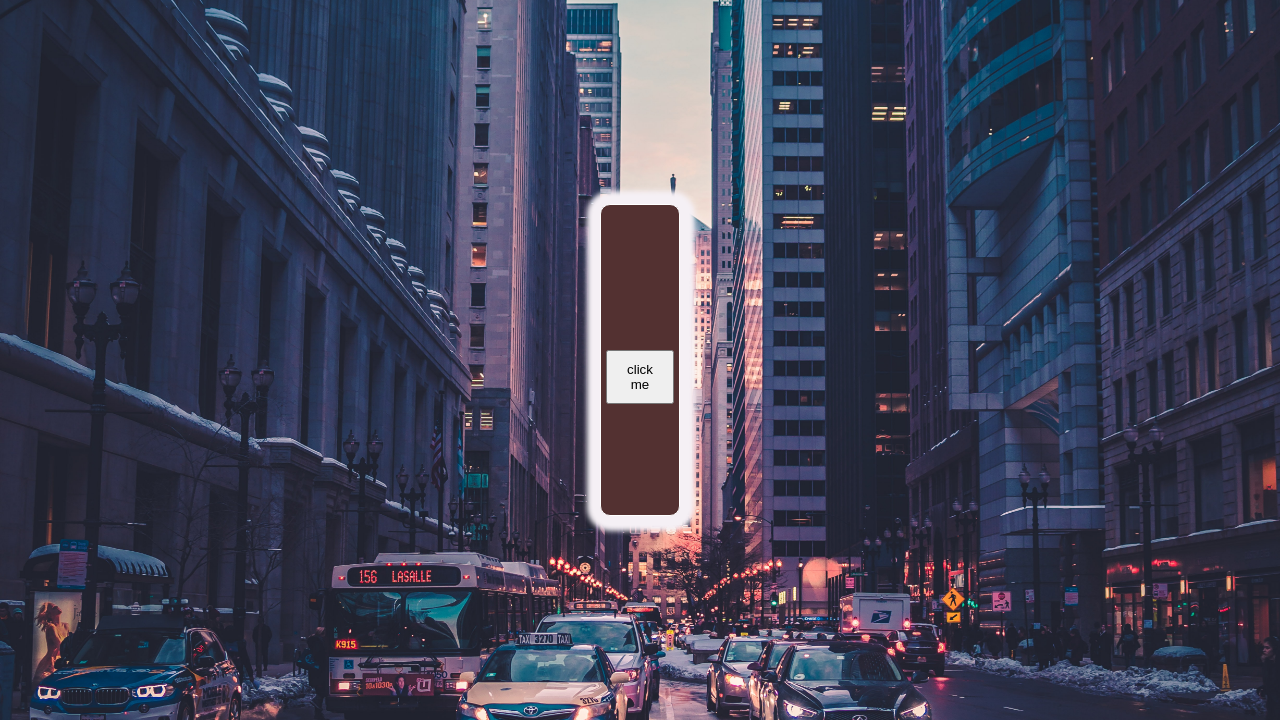
Repository: lamilekan263/random_advice
Page: /
These files come from the project's save history. The page is drawn as it stood at one moment and after the next save; the edit follows.
The browser window is 1280 px wide. The pictures show the whole page.
The page's requests for data from a server got no answer. The project was rebuilt for these pictures with package versions that can differ from the ones it lists, and the page was loaded fresh each time. No one was signed in, and anything a server would have sent is missing.

Above is the page before, as saved 2020-08-10 14:51:56.

After the next save:
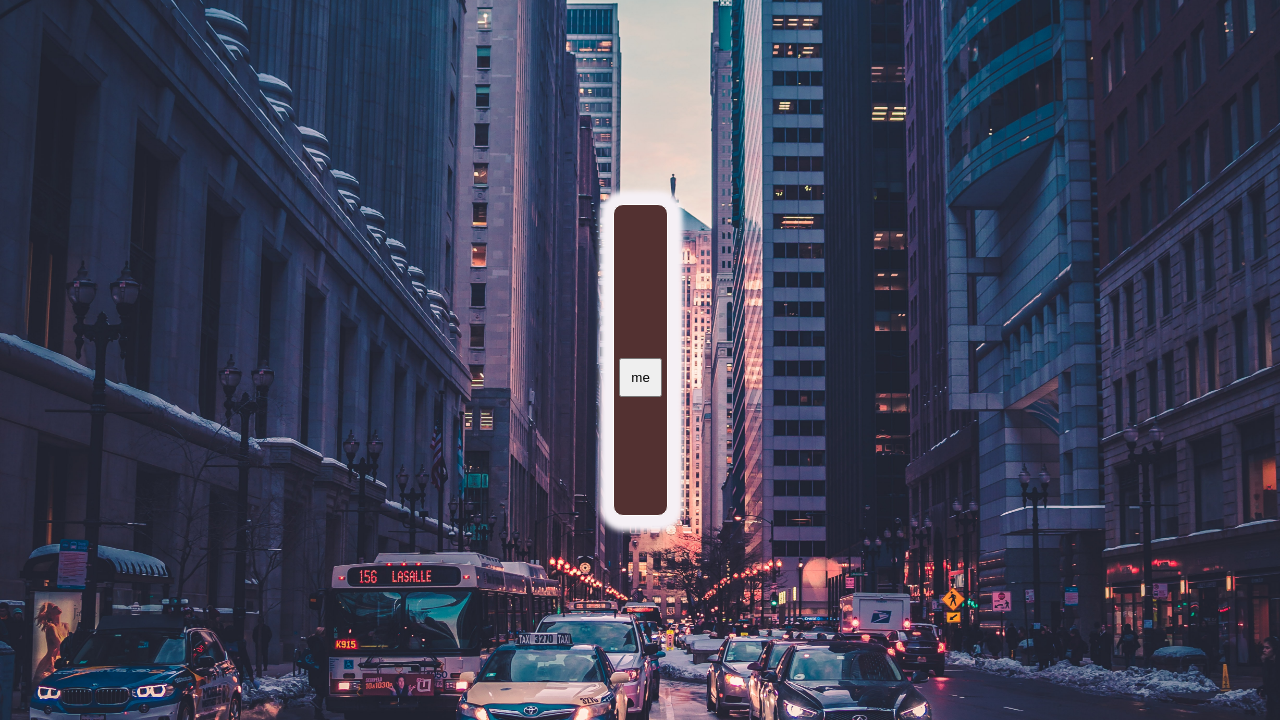
Saved 13 s later.
--- a/src/App.js
+++ b/src/App.js
@@ -27,7 +27,7 @@ class App extends React.Component{
         <div className="card">
           <h1> {this.state.advice}</h1>
 
-          <button onClick = {this.getAdvice}>click me</button>
+          <button onClick = {this.getAdvice}> me</button>
         </div>
       </div>
     )
